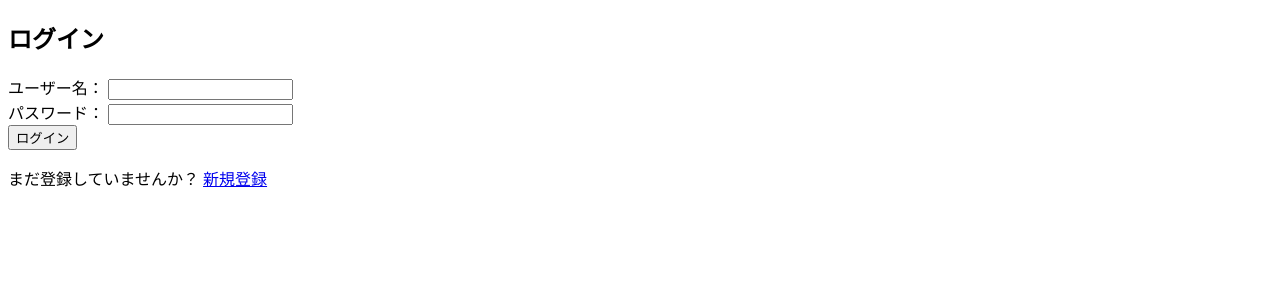
Repository: Kawamurahatesbaseball/X
Page: http://localhost/X/login.jsp
These files come from the project's save history. The page is drawn as it stood at one moment and after the next save; the edit follows.
The browser window is 1280 px wide. The pictures show the whole page.
The page is served by Tomcat 10. Other server files are loaded and not shown.

Above is the page before, as saved 2025-05-22 07:11:55.

### X/src/main/webapp/login.jsp
<%@ page contentType="text/html; charset=UTF-8"%>

<!DOCTYPE html>
<html>
<head>
<meta charset="UTF-8">
<title>ログイン</title>
<link rel="stylesheet" href="style.css">
</head>
<body>
	<div class="login-container">
		<h2 class="login-title">ログイン</h2>
		<form action="login" method="post" class="login-form">
			<div class="form-group">
				<label for="name">ユーザー名：</label> <input type="text" id="name"
					name="name" required class="form-input">
			</div>
			<div class="form-group">
				<label for="password">パスワード：</label> <input type="password"
					id="password" name="password" required class="form-input">
			</div>
			<div class="form-group">
				<button type="submit" class="form-button">ログイン</button>
			</div>
		</form>
		<p class="signup-link">
			まだ登録していませんか？ <a href="signup.jsp">新規登録</a>
		</p>
	</div>
</body>
</html>

### X/src/main/webapp/style.css
/* 全体のコンテナ */
.container {
  max-width: 600px;
  margin: 30px auto;
  padding: 0 15px;
  font-family: "Yu Gothic", "Meiryo", sans-serif;
}

/* ようこそメッセージ */
.welcome {
  font-size: 1.6em;
  margin-bottom: 20px;
  color: #333;
  text-align: center;
}

.welcome a {
	text-decoration: none;
	color: inherit;
}

/* 投稿フォーム */
.post-form {
  display: flex;
  flex-direction: column;
  margin-bottom: 30px;
}

.post-textarea {
  resize: vertical;
  min-height: 80px;
  padding: 10px;
  font-size: 1em;
  border: 1px solid #ccc;
  border-radius: 6px;
  outline: none;
  transition: border-color 0.3s ease;
}

.post-textarea:focus {
  border-color: #4a90e2;
}

/* 投稿ボタン */
.post-button {
  margin-top: 10px;
  align-self: flex-end;
  padding: 8px 16px;
  background-color: #4a90e2;
  color: white;
  border: none;
  border-radius: 6px;
  cursor: pointer;
  font-weight: bold;
  transition: background-color 0.3s ease;
}

.post-button:hover {
  background-color: #357abd;
}

/* 投稿一覧 */
.post-list {
  display: flex;
  flex-direction: column;
  gap: 20px;
}

/* 投稿1件分のカード */
.post-item {
  background-color: #f8f9fa;
  padding: 15px 20px;
  border-radius: 10px;
  box-shadow: 0 2px 5px rgb(0 0 0 / 0.1);
  word-wrap: break-word;
}

/* ユーザー名 */
.post-user {
  margin: 0 0 8px 0;
  font-size: 1.1em;
  color: #2c3e50;
}

/* 投稿内容 */
.post-content {
  margin: 0 0 10px 0;
  font-size: 1em;
  color: #333;
  white-space: pre-wrap;
}

/* 日付 */
.post-date {
  font-size: 0.85em;
  color: #888;
  margin-bottom: 10px;
}

/* 削除ボタン */
.delete-form {
  text-align: right;
}

.delete-button {
  background-color: #e74c3c;
  border: none;
  color: white;
  padding: 6px 12px;
  border-radius: 5px;
  cursor: pointer;
  font-size: 0.9em;
  transition: background-color 0.3s ease;
}

.delete-button:hover {
  background-color: #c0392b;
}
.post-user-link {
  text-decoration: none;
  color: #2c3e50;
  font-weight: bold;
}

.post-likes {
  font-size: 0.9em;
  color: #555;
}

.liked-star {
  color: #f39c12;
  margin-left: 6px;
  font-weight: bold;
}


.menu {
    position: absolute;
    top: 20px;
    left: 20px;
    padding: 10px;
    background-color: #f7f7f7;
    border-radius: 8px;
    box-shadow: 0 2px 5px rgba(0,0,0,0.1);
}

.menu-link {
    display: block;
    margin-bottom: 10px;
    color: #333;
    text-decoration: none;
    font-weight: bold;
}

.menu-link:hover {
    text-decoration: underline;
}

After the next save:
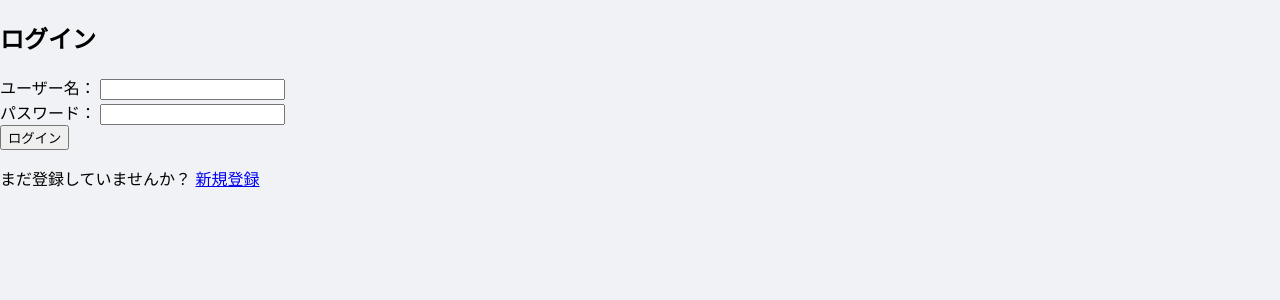
Saved 56 min 31 s later.
--- a/X/src/main/webapp/style.css
+++ b/X/src/main/webapp/style.css
@@ -155,3 +155,75 @@
 .menu-link:hover {
     text-decoration: underline;
 }
+
+body {
+  font-family: "Helvetica", sans-serif;
+  background-color: #f0f2f5;
+  margin: 0;
+  padding: 0;
+}
+
+.container {
+  max-width: 600px;
+  margin: 30px auto;
+  background: #fff;
+  border-radius: 10px;
+  padding: 20px;
+  box-shadow: 0 0 10px rgba(0,0,0,0.1);
+}
+
+.welcome a {
+  text-decoration: none;
+  color: #333;
+}
+
+.post-form textarea,
+.reply-form textarea {
+  width: 100%;
+  padding: 10px;
+  border-radius: 8px;
+  border: 1px solid #ccc;
+  margin-bottom: 10px;
+  resize: vertical;
+  font-size: 14px;
+}
+
+.post-button,
+.reply-form button,
+.delete-button,
+.like-button {
+  background-color: #1da1f2;
+  color: #fff;
+  border: none;
+  padding: 8px 12px;
+  border-radius: 20px;
+  cursor: pointer;
+  font-size: 14px;
+}
+
+.post-button:hover,
+.reply-form button:hover,
+.delete-button:hover,
+.like-button:hover {
+  background-color: #0d8ddb;
+}
+
+.like-button.liked {
+  background-color: #ffcc00;
+  color: #333;
+}
+
+.post-item {
+  background: #fdfdfd;
+  padding: 15px;
+  border-radius: 10px;
+  margin-bottom: 15px;
+  border: 1px solid #ddd;
+}
+
+.post-reply {
+  margin-top: 10px;
+  margin-left: 30px;
+  border-left: 2px solid #ccc;
+  padding-left: 10px;
+}
